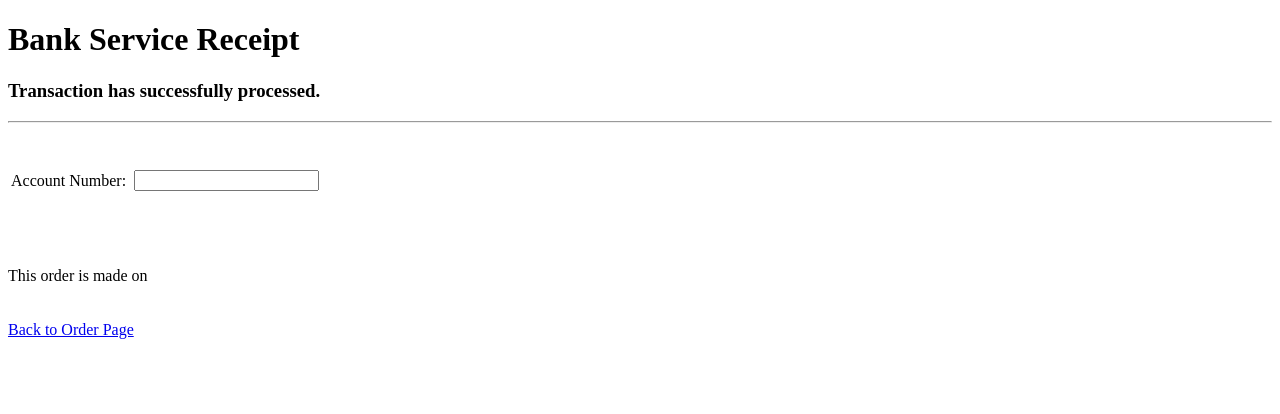
Repository: Jeck97/Mcdonald-Delivery-System
Page: http://localhost/McDelivery/bankService/transactionSuccessPage.jsp
The author's editor kept a copy of each file at every save. The page is drawn from the files as they stood at one save, then again after the next save.
The browser window is 1280 px wide. The pictures show the whole page.
The page is served by Tomcat 9. Other server files are loaded and not shown.

Above is the page before, as saved 2020-07-12 21:25:12.

### McDelivery/WebContent/bankService/transactionSuccessPage.jsp
<%@page import="mcdelivery.model.Account"%>
<%@ page language="java" contentType="text/html; charset=ISO-8859-1"
    pageEncoding="ISO-8859-1"%>

<%
	// Get account for displaying information
	Account account = (Account) session.getAttribute("account");

	// Get amount
	String amount = String.format("%.2f", session.getAttribute("amount"));
%>

<!DOCTYPE html>
<html>
<head>
<meta charset="ISO-8859-1">
<title>Receipt Page</title>
</head>
<body>

	<h1>Bank Service Receipt</h1>

	<h3>
		Transaction has successfully processed.<br>
	</h3>

	<hr>

	<table style="align-content: space-between; width: 320px; height: 100px;">
		<tr>
			<td><label for="account_number">Account Number:</label></td>
			<td><input id="account_number" name="account_number"
				type="number" value="${account_number}" required></td>
		</tr>

	</table>

	<br>


	<br>

	<span>This order is made on <b><!--%=LocalDate.now().toString()%--></b></span><br>


		<br><br>

		<a href="paymentServlet">Back to Order Page</a>

	</form>

</body>
</html>

After the next save:
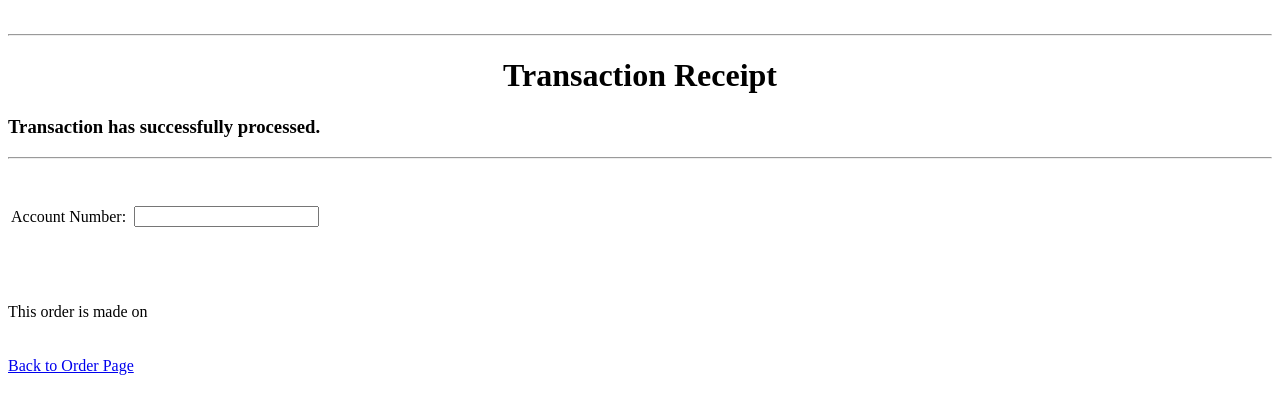
Saved 2 min 23 s later.
--- a/McDelivery/WebContent/bankService/transactionSuccessPage.jsp
+++ b/McDelivery/WebContent/bankService/transactionSuccessPage.jsp
@@ -18,11 +18,14 @@
 </head>
 <body>
 
-	<h1>Bank Service Receipt</h1>
 
-	<h3>
-		Transaction has successfully processed.<br>
-	</h3>
+	<br>
+
+	<hr>
+
+	<h1 style="text-align: center;">Transaction Receipt</h1>
+
+	<h3>Transaction has successfully processed.</h3>
 
 	<hr>
 
